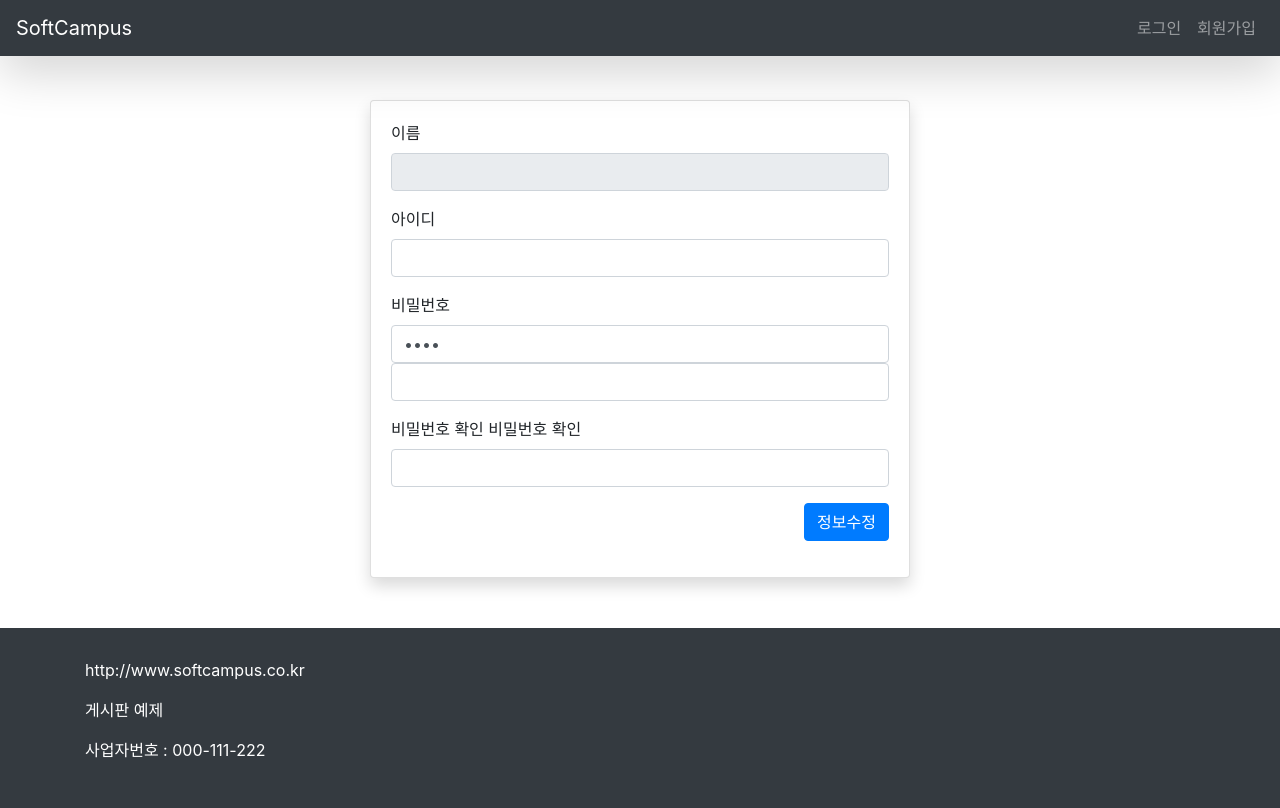
Repository: Wunhyeon/SpringMVC
Page: http://localhost/MiniProjectJava/WEB-INF/views/user/modify.jsp
These files come from the project's save history. The page is drawn as it stood at one moment and after the next save; the edit follows.
The browser window is 1280 px wide. The pictures show the whole page.
The page is served by Tomcat 9. Nobody is signed in. Other server files are loaded and not shown. The template is opened directly, without the code that normally fills it, so the values that code supplies are empty.

Above is the page before, as saved 2020-09-06 20:22:44.

### MiniProjectJava/WebContent/WEB-INF/views/user/modify.jsp
<%@ page language="java" contentType="text/html; charset=UTF-8"
    pageEncoding="UTF-8"%>
<%@taglib prefix="c" uri="http://java.sun.com/jsp/jstl/core"%>
<%@taglib prefix="form" uri="http://www.springframework.org/tags/form" %>
<%-- <c:url var="root" value="/"></c:url> --%>
<c:set var="root" value="${pageContext.request.contextPath }/"></c:set>

<!DOCTYPE html>
<html>
<head>
<meta charset="UTF-8">
<meta name="viewport" content="width=device-width, initial-scale=1">
<title>미니 프로젝트</title>
<!-- Bootstrap CDN -->
<link rel="stylesheet" href="https://maxcdn.bootstrapcdn.com/bootstrap/4.1.0/css/bootstrap.min.css">
<script src="https://ajax.googleapis.com/ajax/libs/jquery/3.3.1/jquery.min.js"></script>
<script src="https://cdnjs.cloudflare.com/ajax/libs/popper.js/1.14.0/umd/popper.min.js"></script>
<script src="https://maxcdn.bootstrapcdn.com/bootstrap/4.1.0/js/bootstrap.min.js"></script>

</head>
<body>

<!-- 상단 메뉴 부분 -->
<c:import url="/WEB-INF/views/include/top_menu.jsp"></c:import>

<div class="container" style="margin-top:100px">
	<div class="row">
		<div class="col-sm-3"></div>
		<div class="col-sm-6">
			<div class="card shadow">
				<div class="card-body">
					<form:form action="${root }user/modify_pro" method="post" modelAttribute="modifyUserBean">
						<div class="form-group">
							<form:label path="user_name">이름</form:label>
							<form:input path="user_name" class="form-control" disabled="true"/>
						</div>
						<div class="form-group">
							<form:label path="user_id">아이디</form:label>
							<form:input path="user_id" class="form-control" disable="true"/>
						</div>
						<div class="form-group">
							<form:label path="user_pw">비밀번호</form:label>
							<input type="password" id="user_pw" name="user_pw" class="form-control" value="1234"/>
							<form:password path="user_pw" class="form-control"/>
							<form:errors path="user_pw" style="color:red"></form:errors>
						</div>
						<div class="form-group">
							<label for="user_pw2">비밀번호 확인</label>
							<form:label path="user_pw2">비밀번호 확인</form:label>
							<form:password path="user_pw2" class="form-control"/>
							<form:errors path="user_pw2" style="color:red"/>
						</div>
						<div class="form-group">
							<div class="text-right">
								<form:button class = "btn btn-primary">정보수정</form:button>
							</div>
						</div>

					</form:form>
				</div>
			</div>
		</div>
		<div class="col-sm-3"></div>
	</div>
</div>

<c:import url="/WEB-INF/views/include/bottom_info.jsp"></c:import>

</body>
</html>

### MiniProjectJava/WebContent/WEB-INF/views/include/top_menu.jsp
<%@ page language="java" contentType="text/html; charset=UTF-8"
	pageEncoding="UTF-8"%>
<%@ taglib prefix="c" uri="http://java.sun.com/jsp/jstl/core"%>
<%-- <c:url var='root' value='/'></c:url> --%>
<c:set var="root" value="${pageContext.request.contextPath }/"></c:set>

<!-- 상단 메뉴 부분 -->
<nav
	class="navbar navbar-expand-md bg-dark navbar-dark fixed-top shadow-lg">
	<a class="navbar-brand" href="${root }main">SoftCampus</a>
	<button class="navbar-toggler" type="button" data-toggle="collapse"
		data-target="#navMenu">
		<span class="navbar-toggler-icon"></span>
	</button>
	<div class="collapse navbar-collapse" id="navMenu">
		<ul class="navbar-nav">
			<c:forEach var="obj" items="${topMenuList }">
				<a href="${root }board/main?board_info_idx=${obj.board_info_idx}"
					class="nav-link">${obj.board_info_name }</a>
			</c:forEach>


		</ul>

		<ul class="navbar-nav ml-auto">
			<c:choose>
				<c:when test="${loginUserBean.userLogin == true }">
					<li class="nav-item"><a href="${root }user/modify"
						class="nav-link">정보수정</a></li>
					<li class="nav-item"><a href="${root }user/logout"
						class="nav-link">로그아웃</a></li>
				</c:when>
				<c:otherwise>
					<li class="nav-item"><a href="${root }user/login"
						class="nav-link">로그인</a></li>
					<li class="nav-item"><a href="${root }user/join"
						class="nav-link">회원가입</a></li>
				</c:otherwise>
			</c:choose>


		</ul>
	</div>
</nav>

### MiniProjectJava/WebContent/WEB-INF/views/include/bottom_info.jsp
<%@ page language="java" contentType="text/html; charset=UTF-8"
    pageEncoding="UTF-8"%>
<div class="container-fluid bg-dark text-white" style="margin-top:50px;padding-top:30px;padding-bottom:30px">
	<div class="container">
		<p>http://www.softcampus.co.kr</p>
		<p>게시판 예제</p>
		<p>사업자번호 : 000-111-222</p>
	</div>
</div>

After the next save:
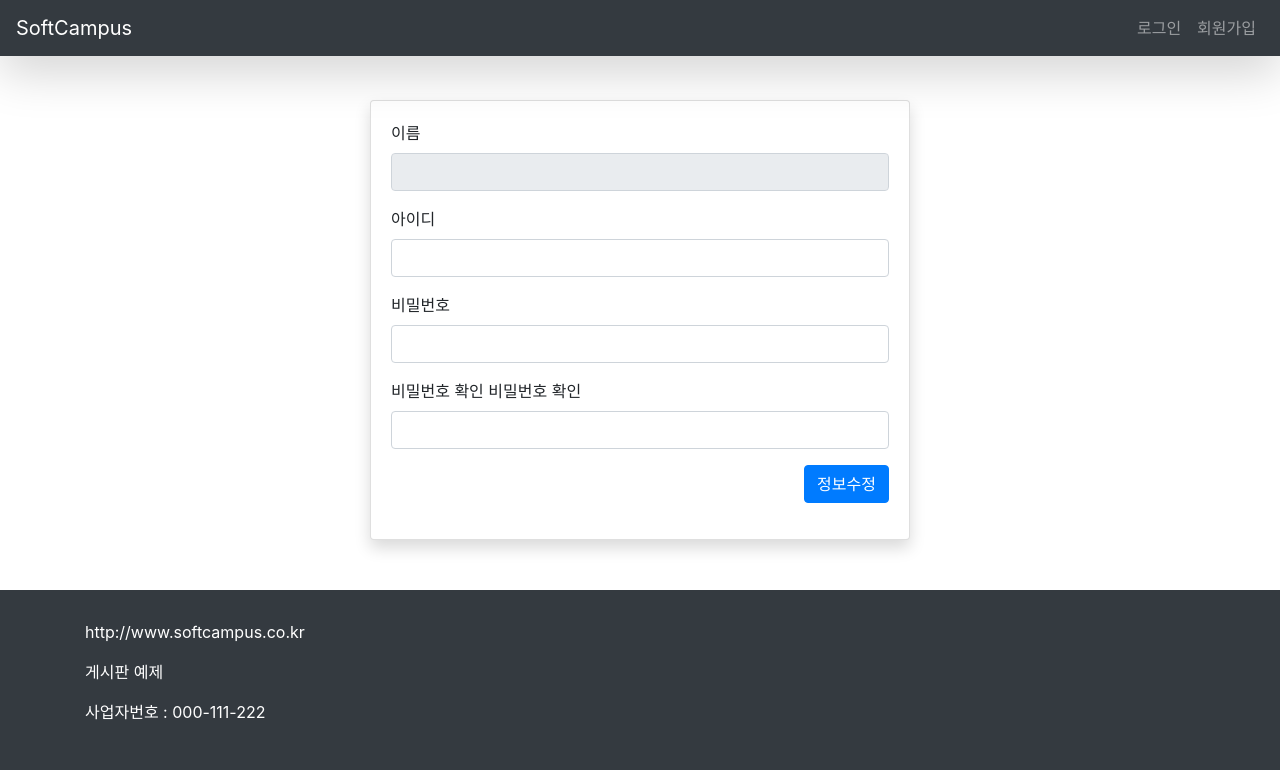
Saved 62 s later.
--- a/MiniProjectJava/WebContent/WEB-INF/views/user/modify.jsp
+++ b/MiniProjectJava/WebContent/WEB-INF/views/user/modify.jsp
@@ -40,7 +40,6 @@
 						</div>
 						<div class="form-group">
 							<form:label path="user_pw">비밀번호</form:label>
-							<input type="password" id="user_pw" name="user_pw" class="form-control" value="1234"/>
 							<form:password path="user_pw" class="form-control"/>
 							<form:errors path="user_pw" style="color:red"></form:errors>
 						</div>
